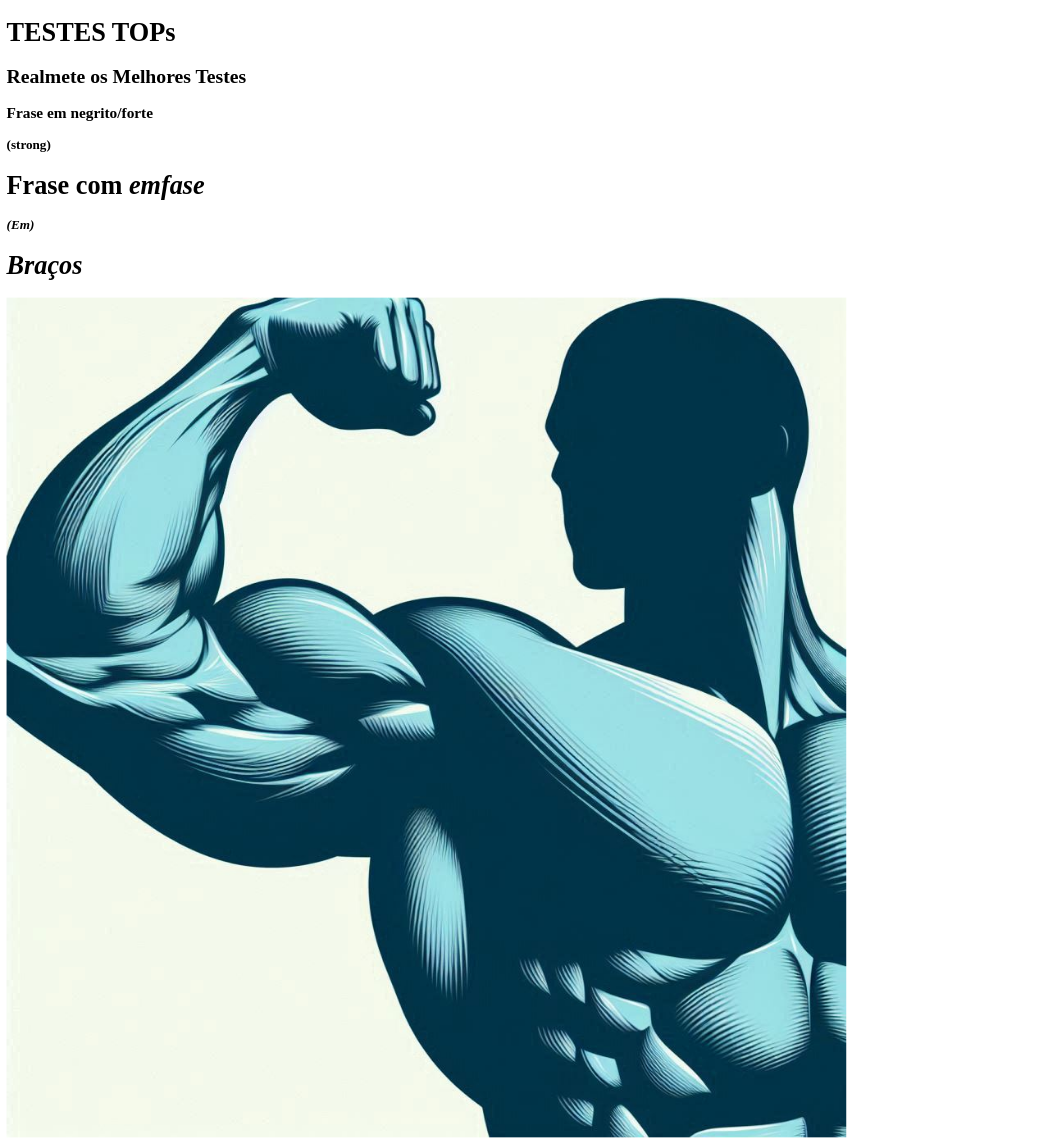
Repository: LuidyOn/Site_Forca_Total
Page: ForçaTotal/teste.html
An editor plug-in stored every save of this project. The page is shown before and after the next save, followed by the edit.
The browser window is 1280 px wide. The pictures show the whole page, at 82% of full size.

Above is the page before, as saved 2025-05-14 12:37:04.

### ForçaTotal/teste.html
<!DOCTYPE html>
<html lang="pt-br">
<head>
  <meta charset="UTF-8">
  <meta name="viewport" content="width=device-width, initial-scale=1.0">
  <link rel="shortcut icon" href="img/icons/logo.ico" type="image/x-icon">
  <title>Testes Força total</title>
</head>
<body>

<h1>TESTES TOPs</h1>

  <h2>Realmete os Melhores Testes</h2>

  <H3>Frase em <strong>negrito/forte</strong> </H2>
  <p><strong>(strong)</p>

<H1>Frase com <em>emfase</em> </h1> <p> <em>(Em)<em> </p>

  <h1>Braços</h1>
<img src="img/parteSerior.png" alt="parte superior">

</body>
</html>

After the next save:
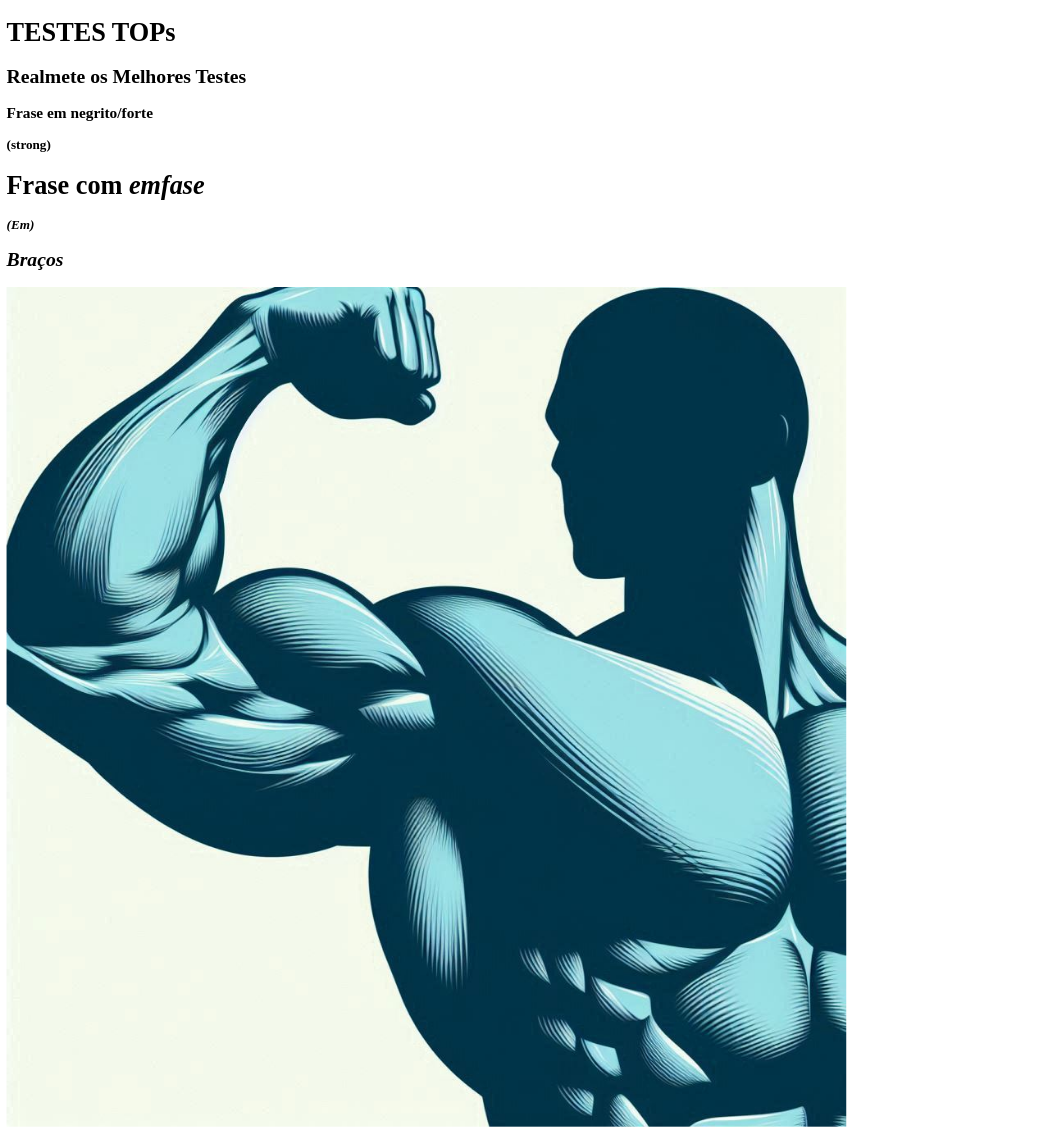
Saved 39 s later.
--- a/ForçaTotal/teste.html
+++ b/ForçaTotal/teste.html
@@ -17,7 +17,7 @@
 
 <H1>Frase com <em>emfase</em> </h1> <p> <em>(Em)<em> </p>
 
-  <h1>Braços</h1>
+  <h2>Braços</h1>
 <img src="img/parteSerior.png" alt="parte superior">
 
 </body>
